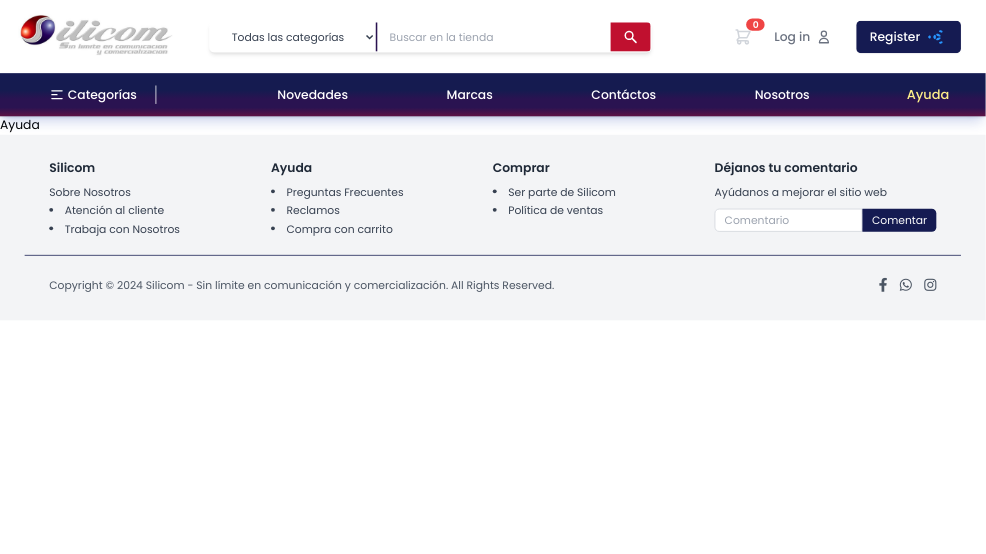
Repository: Francovg18/ecommerce
Page: /help
The author's editor kept a copy of each file at every save. The page is drawn from the files as they stood at one save, then again after the next save.
The browser window is 1280 px wide. The pictures show the whole page, at 77% of full size.
The page's requests for data from a server got no answer. The project was rebuilt for these pictures with package versions that can differ from the ones it lists, and the page was loaded fresh each time. No one was signed in, and anything a server would have sent is missing. Also part of the build but not shown: src/components/home/Banner.js, src/components/home/ProductsArrival.js, src/components/home/ProductsSold.js, src/redux/actions/brands.js, src/components/home/Brand.js, src/components/home/Product.js, src/containers/Home.jsx, src/containers/errors/Error404.jsx and 40 more.

Above is the page before, as saved 2025-01-29 20:25:12.

### public/index.html
<!DOCTYPE html>
<html lang="en">
  <head>
    <meta charset="utf-8" />
    <link rel="icon" href="%PUBLIC_URL%/favicon.ico" />
    <meta name="viewport" content="width=device-width, initial-scale=1" />
    <meta name="theme-color" content="#000000" />
    <meta name="description" content="Web site created using create-react-app" />
    <link rel="apple-touch-icon" href="%PUBLIC_URL%/logo192.png" />
    <link href="https://fonts.googleapis.com/css2?family=Poppins:wght@400;500;600&display=swap" rel="stylesheet">
    <link
  rel="stylesheet"
  href="https://cdnjs.cloudflare.com/ajax/libs/font-awesome/6.0.0-beta3/css/all.min.css"
/>

    <!--
      manifest.json provides metadata used when your web app is installed on a
      user's mobile device or desktop. See https://developers.google.com/web/fundamentals/web-app-manifest/
    -->
    <link rel="manifest" href="%PUBLIC_URL%/manifest.json" />
    <!--
      Notice the use of %PUBLIC_URL% in the tags above.
      It will be replaced with the URL of the `public` folder during the build.
      Only files inside the `public` folder can be referenced from the HTML.

      Unlike "/favicon.ico" or "favicon.ico", "%PUBLIC_URL%/favicon.ico" will
      work correctly both with client-side routing and a non-root public URL.
      Learn how to configure a non-root public URL by running `npm run build`.
    -->
    <title>React App</title>
  </head>
  <body>
    <noscript>You need to enable JavaScript to run this app.</noscript>
    <div id="root"></div>
    <!--
      This HTML file is a template.
      If you open it directly in the browser, you will see an empty page.

      You can add webfonts, meta tags, or analytics to this file.
      The build step will place the bundled scripts into the <body> tag.

      To begin the development, run `npm start` or `yarn start`.
      To create a production bundle, use `npm run build` or `yarn build`.
    -->
  </body>
</html>

### src/index.js
import React from 'react';
import ReactDOM from 'react-dom/client';
import './style/index.css';
import App from './App';

const root = ReactDOM.createRoot(document.getElementById('root'));
root.render(
  <React.StrictMode>
    <App />
  </React.StrictMode>
);

### src/store.js
import { createStore, applyMiddleware } from 'redux';
import { composeWithDevTools } from '@redux-devtools/extension';
import { thunk } from 'redux-thunk';
import rootReducer from './redux/reducers';

const initialState = {};
const middleware = [thunk];
const store = createStore(
    rootReducer,
    initialState,
    composeWithDevTools(applyMiddleware(...middleware))
);

export default store;

### src/containers/pages/Help.jsx
import Layout from "../../hocs/Layout"

function Help() {
  return (
    <Layout>
        <h1>Ayuda</h1>
    </Layout>

  )
}

export default Help

### src/redux/reducers/index.js
import { combineReducers } from 'redux';
import Auth from './auth';
import Alert from './alert';
import Categories from './categories';
import Products from './products';
import Cart from './cart';
import Shipping from './shipping'
import Payment from './payment';
import Orders from './orders';
import Coupons from './coupons';
import Profile from './profile';
import Wishlist from './wishlist';
import Reviews from './reviews';
import Brands from './brands';
export default combineReducers({
    Auth,
    Alert,
    Categories,
    Products,
    Cart,
    Shipping,
    Payment,
    Orders,
    Coupons,
    Profile,
    Wishlist,
    Reviews,
    Brands
})

### src/hocs/Layout.js
import { ToastContainer } from 'react-toastify';
import 'react-toastify/dist/ReactToastify.css';
import { check_authenticated, load_user, refresh } from '../redux/actions/auth';
import {
    get_items,
    get_total,
    get_item_total
} from "../redux/actions/cart";

import {
    get_user_profile
} from "../redux/actions/profile";

import { useEffect } from 'react';
import { connect } from 'react-redux';
import Navbar from '../components/navigation/Navbar';
import Footer from '../components/navigation/Footer';

const Layout = (props) => {

    useEffect(() => {
        props.refresh()
        props.check_authenticated()
        props.load_user()
        props.get_items()
        props.get_total()
        props.get_item_total()
        props.get_user_profile()
    }, []);

    return(
        <div>
            <Navbar/>
            <ToastContainer autoClose={5000} />
            {props.children}
            <Footer/>
        </div>
    )
}


export default connect(null, {
    check_authenticated,
    load_user,
    refresh,
    get_items,
    get_total,
    get_item_total,
    get_user_profile
}) (Layout)

### src/redux/actions/categories.js
import axios from 'axios';
import {
    GET_CATEGORIES_SUCCESS,
    GET_CATEGORIES_FAIL,
} from './types';

export const get_categories = () => async dispatch => {
    const config = {
        headers: {
            'Accept': 'application/json'
        }
    };

    try {
        const res = await axios.get(`${process.env.REACT_APP_API_URL}/api/category/categories`, config);

        if (res.status >= 200 && res.status < 300) {
            dispatch({
                type: GET_CATEGORIES_SUCCESS,
                payload: res.data
            });
        } else {
            console.error('Error: Unexpected response status', res.status);
            dispatch({
                type: GET_CATEGORIES_FAIL
            });
        }
    } catch (err) {
        console.error('Error fetching categories:', err.message);
        dispatch({
            type: GET_CATEGORIES_FAIL
        });
    }
};

### src/redux/actions/alert.js
import{
    SET_ALERT,
    REMOVE_ALERT,
} from './types';

export const setAlert = (msg, alertType, timeout = 5000) => dispatch =>{
    dispatch({
        type: SET_ALERT,
        payload: {msg, alertType}
    });
    setTimeout(() => dispatch({ type: REMOVE_ALERT }), timeout);
}

### src/redux/reducers/alert.js
import {
    SET_ALERT,
    REMOVE_ALERT,
} from '../actions/types';

const initialState = {
    alert: null
};

export default function Alert(state = initialState, action) {
    const { type, payload } = action;

    switch(type) {
        case SET_ALERT:
            return {
                ...state,
                alert: payload
            };
        case REMOVE_ALERT:
            return {
                ...state,
                alert: null
            }
        default:
            return state
    };
}

### src/redux/reducers/categories.js
import {
    GET_CATEGORIES_SUCCESS,
    GET_CATEGORIES_FAIL
} from '../actions/types';

const initialState = {
    categories: null
};

export default function Categories(state = initialState, action) {
    const { type, payload } = action;

    switch(type) {
        case GET_CATEGORIES_SUCCESS:
            return {
                ...state,
                categories: payload.categories
            }
        case GET_CATEGORIES_FAIL:
            return {
                ...state,
                categories: null
            }
        default:
            return state
    }
}

### src/redux/reducers/shipping.js
import {
    GET_SHIPPING_OPTIONS_SUCCESS,
    GET_SHIPPING_OPTIONS_FAIL
} from '../actions/types';

const initialState = {
    shipping: null,
};

export default function Shipping(state = initialState, action) {
    const { type, payload } = action;

    switch(type) {
        case GET_SHIPPING_OPTIONS_SUCCESS:
            return {
                ...state,
                shipping: payload.shipping_options
            }
        case GET_SHIPPING_OPTIONS_FAIL:
            return {
                ...state,
                shipping: null
            }
        default:
            return state;
    }
};

### src/redux/reducers/orders.js
import {
    GET_ORDERS_SUCCESS,
    GET_ORDERS_FAIL,
    GET_ORDER_DETAIL_SUCCESS,
    GET_ORDER_DETAIL_FAIL
} from '../actions/types';

const initialState = {
    orders: null,
    order: null
};


export default function Orders(state = initialState, action) {
    const { type, payload } = action;

    switch(type) {
        case GET_ORDERS_SUCCESS:
            return {
                ...state,
                orders: payload.orders
            }
        case GET_ORDERS_FAIL:
            return {
                ...state,
                orders: []
            }
        case GET_ORDER_DETAIL_SUCCESS:
            return {
                ...state,
                order: payload.order
            }
        case GET_ORDER_DETAIL_FAIL:
            return {
                ...state,
                order: {}
            }
        default:
            return state;
    }
}

### src/redux/reducers/coupons.js
import {
    GET_COUPON_SUCCESS,
    GET_COUPON_FAIL,
} from '../actions/types';

const initialState = {
    coupon: null
};


export default function Coupons(state = initialState, action) {
    const { type, payload } = action;

    switch(type) {
        case GET_COUPON_SUCCESS:
            return {
                ...state,
                coupon: payload.coupon
            }
        case GET_COUPON_FAIL:
            return {
                ...state,
                coupon: null
            }
        default:
            return state;
    }
}

### src/redux/reducers/profile.js
import {
    GET_USER_PROFILE_SUCCESS,
    GET_USER_PROFILE_FAIL,
    UPDATE_USER_PROFILE_SUCCESS,
    UPDATE_USER_PROFILE_FAIL
} from '../actions/types';

const initialState = {
    profile: null
};

export default function Profile(state = initialState, action) {
    const { type, payload } = action;

    switch(type) {
        case GET_USER_PROFILE_SUCCESS:
            return {
                ...state,
                profile: payload.profile
            }
        case GET_USER_PROFILE_FAIL:
            return {
                ...state
            }
        case UPDATE_USER_PROFILE_SUCCESS:
            return {
                ...state,
                profile: payload.profile
            }
        case UPDATE_USER_PROFILE_FAIL:
            return {
                ...state
            }
        default:
            return state
    }
}

### src/redux/reducers/wishlist.js
import {
    GET_WISHLIST_ITEMS_SUCCESS,
    GET_WISHLIST_ITEMS_FAIL,
    ADD_WISHLIST_ITEM_SUCCESS,
    ADD_WISHLIST_ITEM_FAIL,
    GET_WISHLIST_ITEM_TOTAL_SUCCESS,
    GET_WISHLIST_ITEM_TOTAL_FAIL,
    REMOVE_WISHLIST_ITEM_SUCCESS,
    REMOVE_WISHLIST_ITEM_FAIL,
    CLEAR_WISHLIST,
} from '../actions/types';

const initialState = {
    items: null,
    total_items: 0
};

export default function Wishlist(state = initialState, action) {
    const { type, payload } = action;

    switch(type) {
        case GET_WISHLIST_ITEMS_SUCCESS:
            return {
                ...state,
                items: payload.wishlist
            }
        case GET_WISHLIST_ITEMS_FAIL:
            return {
                ...state,
            }
        case ADD_WISHLIST_ITEM_SUCCESS:
            return {
                ...state,
                items: payload.wishlist
            }
        case ADD_WISHLIST_ITEM_FAIL:
            return {
                ...state,
            }
        case GET_WISHLIST_ITEM_TOTAL_SUCCESS:
            return {
                ...state,
                total_items: payload.total_items
            }
        case GET_WISHLIST_ITEM_TOTAL_FAIL:
            return {
                ...state
            }
            case REMOVE_WISHLIST_ITEM_SUCCESS:
                return {
                    ...state,
                    items: state.items.filter(item => item.product_id !== payload)
                }

        case REMOVE_WISHLIST_ITEM_FAIL:
            return {
                ...state
            }
        case CLEAR_WISHLIST:
            return {
                ...state,
                items: [],
                total_items: 0
            }
        default:
            return state
    }
}

### src/redux/reducers/reviews.js
import {
    GET_REVIEWS_SUCCESS,
    GET_REVIEWS_FAIL,
    GET_REVIEW_SUCCESS,
    GET_REVIEW_FAIL,
    CREATE_REVIEW_SUCCESS,
    CREATE_REVIEW_FAIL,
    UPDATE_REVIEW_SUCCESS,
    UPDATE_REVIEW_FAIL,
    DELETE_REVIEW_SUCCESS,
    DELETE_REVIEW_FAIL,
    FILTER_REVIEWS_SUCCESS,
    FILTER_REVIEWS_FAIL,
} from '../actions/types';

const intitialState = {
    review: null,
    reviews: null
};

export default function Reviews(state = intitialState, action) {
    const { type, payload } = action;

    switch(type) {
        case GET_REVIEWS_SUCCESS:
            return {
                ...state,
                reviews: payload.reviews
            }
        case GET_REVIEWS_FAIL:
            return {
                ...state,
                reviews: []
            }
        case GET_REVIEW_SUCCESS:
            return {
                ...state,
                review: payload.review
            }
        case GET_REVIEW_FAIL:
            return {
                ...state,
                review: {}
            }
        case CREATE_REVIEW_SUCCESS:
            return {
                ...state,
                review: payload.review,
                reviews: payload.reviews
            }
        case CREATE_REVIEW_FAIL:
            return {
                ...state,
                review: {}
            }
        case UPDATE_REVIEW_SUCCESS:
            return {
                ...state,
                review: payload.review,
                reviews: payload.reviews
            }
        case UPDATE_REVIEW_FAIL:
            return {
                ...state
            }
        case DELETE_REVIEW_SUCCESS:
            return {
                ...state,
                review: {},
                reviews: payload.reviews
            }
        case DELETE_REVIEW_FAIL:
            return {
                ...state
            }
        case FILTER_REVIEWS_SUCCESS:
            return {
                ...state,
                reviews: payload.reviews
            }
        case FILTER_REVIEWS_FAIL:
            return {
                ...state
            }
        default:
            return state
    }


}

### src/redux/reducers/brands.js
import {
    GET_BRANDS_SUCCESS,
    GET_BRANDS_FAIL
} from '../actions/types';

const initialState = {
    brands: null
};

export default function Brands(state = initialState, action) {
    const { type, payload } = action;

    switch (type) {
        case GET_BRANDS_SUCCESS:
            return {
                ...state,
                brands: payload.brands // Ajusta si `payload` tiene otra estructura
            };
        case GET_BRANDS_FAIL:
            return {
                ...state,
                brands: null
            };
        default:
            return state;
    }
}

### src/components/alert.js
import {Fragment} from 'react'
import {connect} from 'react-redux'

import { CheckCircleIcon } from '@heroicons/react/solid'

function Alert ({ alert }) {

    const displayAlert = () => {
        if (alert !== null){
            return (
                <div className={`rounded-md bg-${alert.alertType}-50 p-4`}>
                <div className="flex">
                    <div className="flex-shrink-0">
                    <CheckCircleIcon className={`h-5 w-5 text-${alert.alertType}-400`} aria-hidden="true" />
                    </div>
                    <div className="ml-3">
                    <p className={`text-sm font-medium text-${alert.alertType}-800`}>{alert.msg}</p>
                    </div>
                </div>
                </div>
            )
        } else {
            return(
                <Fragment></Fragment>
            )
        }
    }

    return (
        <Fragment>
            {displayAlert()}
        </Fragment>
    )
}

const mapStateToProps = state => ({
    alert: state.Alert.alert
})

export default connect(mapStateToProps)(Alert)

### src/components/navigation/SearchBox.js
import { SearchIcon } from '@heroicons/react/solid';

const SearchBox = ({ categories, search, onChange, onSubmit }) => {
  return (
    <form
      onSubmit={(e) => onSubmit(e)}
      className="flex items-center border border-white rounded-md shadow-md overflow-hidden w-full max-w-3xl mx-auto"
    >
      {/* Dropdown de categorías (visible solo en pantallas grandes) */}
      <div className="hidden lg:block relative">
        <select
          onChange={(e) => onChange(e)}
          name="category_id"
          className="h-full text-sm text-gray-700 bg-white border-r-2 border-purple-night px-6 py-2 outline-none focus:ring-deep-rose"
        >
          <option value={0}>Todas las categorías</option>
          {categories &&
            categories.map((category, index) => (
              <option key={index} value={category.id}>
                {category.name}
              </option>
            ))}
        </select>
      </div>

      {/* Campo de búsqueda */}
      <input
        type="search"
        name="search"
        onChange={(e) => onChange(e)}
        value={search}
        required
        className="flex-grow text-sm text-gray-700 bg-white px-4 py-2 outline-none focus:ring-purple-night focus:border-crimson-red w-full"
        placeholder="Buscar en la tienda"
      />

      {/* Botón de envío */}
      <button
        type="submit"
        className="flex items-center justify-center h-full bg-crimson-red hover:bg-deep-rose text-white px-4 py-2"
      >
        <SearchIcon className="h-5 w-5" aria-hidden="true" />
      </button>
    </form>
  );
};

export default SearchBox;

### tailwind.config.js
/** @type {import('tailwindcss').Config} */
module.exports = {
  content: [
    "./src/**/*.{js,jsx,ts,tsx}",
  ],
  theme: {
    extend: {
      colors: {
        "midnight-blue": '#151b52',
        "purple-night": '#2A1350',
        "crimson-red": '#C0102F',
        "deep-rose": '#8D113B',
        "dark-burgundy": '#751240',
        "royal-purple": '#5D1245',
      },
      backgroundImage: {
        'custom-gradient': 'linear-gradient(to bottom, #151b52, #151b50, #151b50, #2A1351, #2A1351, #5D1245)',
      },
      fontFamily: {
        sans: ['Poppins', 'sans-serif'],
      },
      keyframes: {
        'gradient-x': {
          '0%, 100%': { backgroundPosition: '0% 50%' },
          '50%': { backgroundPosition: '100% 50%' },
        },
      },
      animation: {
        'gradient-x': 'gradient-x 8s ease infinite',
      },
      boxShadow: {
        navbar: "0px 4px 20px 6px rgba(28, 105, 192, 0.85), 0 1px 2px -1px rgba(3, 3, 4, 0.03)",
        menuHover: "0px 6px 15px 3px rgba(0, 0, 0, 0.15)",
      },
      fontSize: {
        'xl': '1.25rem',
        '2xl': '1.5rem',
      },
    },
  },
  plugins: [
    function({ addUtilities }) {
      const extendUnderline = {
        '.underline': {
          textDecoration: 'underline',
          textDecorationColor: '#121740',
        },
      };
      addUtilities(extendUnderline);
    },
  ],
};

Loaded but not shown: src/style/index.css (common file); src/components/navigation/Navbar.js (476 lines, source omitted); src/redux/actions/cart.js (399 lines, source omitted); src/redux/actions/auth.js (387 lines, source omitted); src/redux/actions/types.js (136 lines, source omitted); src/redux/actions/products.js (256 lines, source omitted); src/redux/reducers/cart.js (158 lines, source omitted); src/redux/reducers/products.js (118 lines, source omitted); src/App.js (79 lines, source omitted); src/components/navigation/Footer.js (81 lines, source omitted); src/redux/reducers/auth.js (113 lines, source omitted); src/redux/actions/profile.js (91 lines, source omitted); src/redux/reducers/payment.js (89 lines, source omitted)

After the next save:
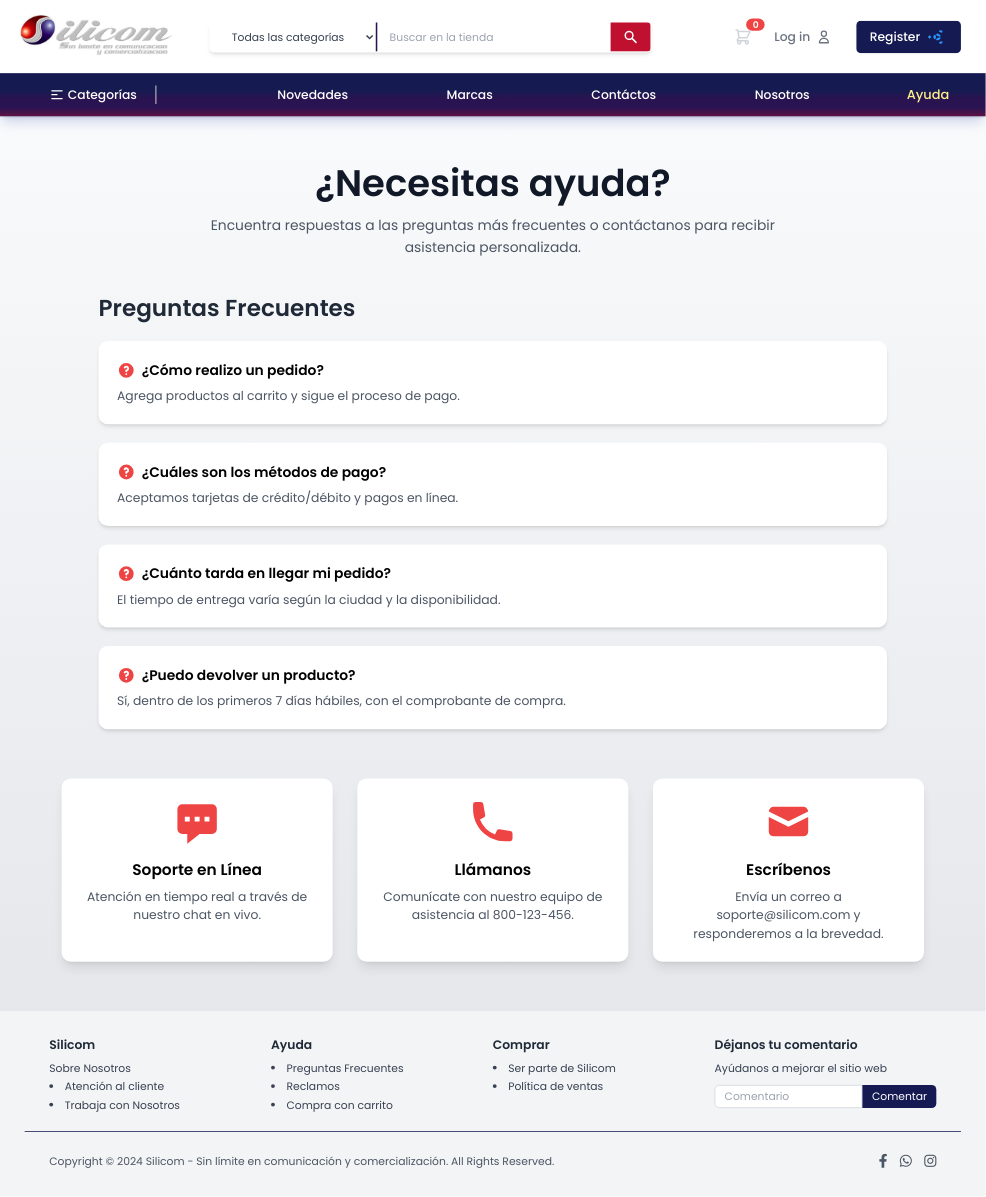
Saved 2 min 50 s later.
--- a/src/containers/pages/Help.jsx
+++ b/src/containers/pages/Help.jsx
@@ -1,12 +1,65 @@
-import Layout from "../../hocs/Layout"
+import React from "react";
+import Layout from "../../hocs/Layout";
+import { QuestionMarkCircleIcon, ChatAltIcon, PhoneIcon, MailIcon } from "@heroicons/react/solid";
 
 function Help() {
   return (
     <Layout>
-        <h1>Ayuda</h1>
+      <div className="bg-gradient-to-b from-gray-50 to-gray-200 min-h-screen py-16 px-6 sm:px-12 lg:px-20">
+        {/* Encabezado */}
+        <div className="text-center max-w-3xl mx-auto">
+          <h1 className="text-5xl font-extrabold text-gray-900 animate-fade-in">
+            ¿Necesitas ayuda?
+          </h1>
+          <p className="mt-4 text-lg text-gray-600">
+            Encuentra respuestas a las preguntas más frecuentes o contáctanos para recibir asistencia personalizada.
+          </p>
+        </div>
+
+        {/* Sección de Preguntas Frecuentes */}
+        <div className="mt-12 max-w-5xl mx-auto">
+          <h2 className="text-3xl font-bold text-gray-800 mb-6">Preguntas Frecuentes</h2>
+          <div className="space-y-6">
+            {[
+              { question: "¿Cómo realizo un pedido?", answer: "Agrega productos al carrito y sigue el proceso de pago." },
+              { question: "¿Cuáles son los métodos de pago?", answer: "Aceptamos tarjetas de crédito/débito y pagos en línea." },
+              { question: "¿Cuánto tarda en llegar mi pedido?", answer: "El tiempo de entrega varía según la ciudad y la disponibilidad." },
+              { question: "¿Puedo devolver un producto?", answer: "Sí, dentro de los primeros 7 días hábiles, con el comprobante de compra." },
+            ].map(({ question, answer }, index) => (
+              <div key={index} className="bg-white p-6 rounded-xl shadow-md">
+                <div className="flex items-center">
+                  <QuestionMarkCircleIcon className="w-6 h-6 text-red-500 mr-2" />
+                  <h3 className="text-lg font-semibold">{question}</h3>
+                </div>
+                <p className="text-gray-600 mt-2">{answer}</p>
+              </div>
+            ))}
+          </div>
+        </div>
+
+        {/* Contacto y Soporte */}
+        <div className="mt-16 grid grid-cols-1 md:grid-cols-3 gap-8">
+          <div className="bg-white p-6 rounded-xl shadow-lg text-center">
+            <ChatAltIcon className="w-16 h-16 text-red-500 mx-auto" />
+            <h3 className="text-xl font-semibold mt-4">Soporte en Línea</h3>
+            <p className="text-gray-600 mt-2">Atención en tiempo real a través de nuestro chat en vivo.</p>
+          </div>
+
+          <div className="bg-white p-6 rounded-xl shadow-lg text-center">
+            <PhoneIcon className="w-16 h-16 text-red-500 mx-auto" />
+            <h3 className="text-xl font-semibold mt-4">Llámanos</h3>
+            <p className="text-gray-600 mt-2">Comunícate con nuestro equipo de asistencia al 800-123-456.</p>
+          </div>
+
+          <div className="bg-white p-6 rounded-xl shadow-lg text-center">
+            <MailIcon className="w-16 h-16 text-red-500 mx-auto" />
+            <h3 className="text-xl font-semibold mt-4">Escríbenos</h3>
+            <p className="text-gray-600 mt-2">Envía un correo a soporte@silicom.com y responderemos a la brevedad.</p>
+          </div>
+        </div>
+      </div>
     </Layout>
-
-  )
+  );
 }
 
-export default Help
+export default Help;
